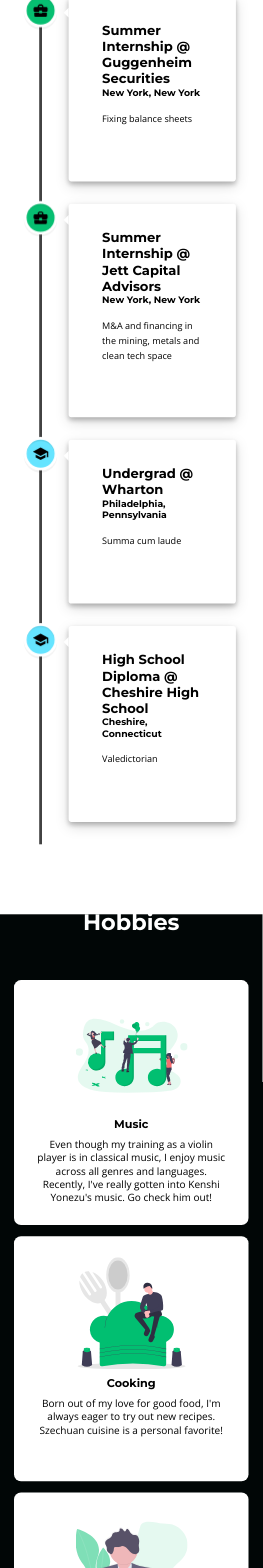
Repository: icer6683/Website
Page: /
An editor plug-in stored every save of this project. The page is shown before and after the next save, followed by the edit.
The browser window is 375 px wide. The pictures show the part of the page from y = 3173 to 5413 px (the page is 6649 px tall before and 6623 px after), at 70% of full size.
The project was rebuilt for these pictures with package versions that can differ from the ones it lists, and the page was loaded fresh each time. Also part of the build but not shown: src/Components/ContactMe/ContactMeElements.js, src/Components/ContactMe/index.js, src/Pages/contactme.js. Imported but missing from the stored project, and not drawn on this page: src/Video/video.mp4.

Above is the page before, as saved 2025-01-25 00:02:57.

After the next save:
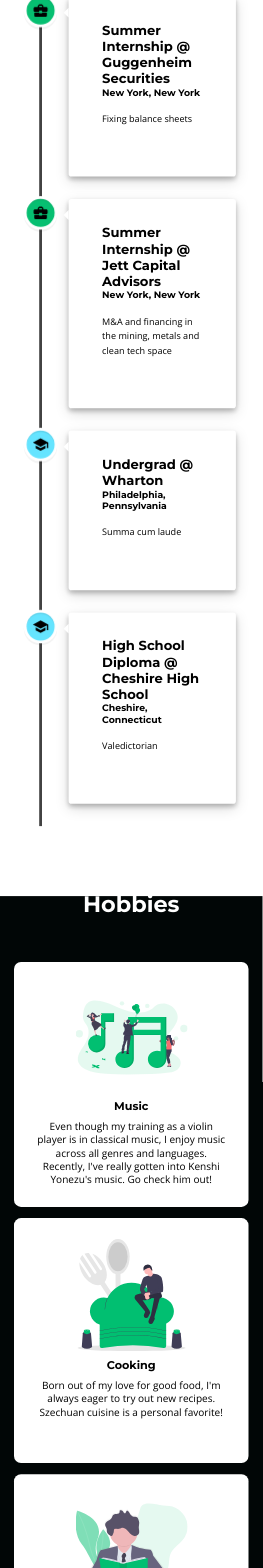
Saved 31 s later.
--- a/src/Components/Timeline/Timeline.css
+++ b/src/Components/Timeline/Timeline.css
@@ -1,9 +1,10 @@
-#experiences{
+#experiences {
     padding-left: 30px;
     padding-right: 30px;
     padding-bottom: 100px;
 }
-.topline{
+
+.topline {
     color: #01bf71;
     font-size: 16px;
     line-height: 16px;
@@ -14,7 +15,8 @@
     text-align: center;
     padding: 45px 0 0 0;
 }
-.title{
+
+.title {
     text-align: center;
     margin-bottom: 24px;
     font-size: 48px;
@@ -22,22 +24,22 @@
     font-weight: 700;
     color: #010606;
 
-    @media screen and (max-width: 480px){
+    @media screen and (max-width: 480px) {
         font-size: 32px;
     }
 }
 
-h3{
+h3 {
     padding-top: 0.25em;
 }
 
 .vertical-timeline-element-content {
     padding: 2rem 3em !important;
     box-shadow: 0 0.25em 0.5em 0 rgba(0, 0, 0, 0.25),
-    0 0.4em 1.25em 0 rgba(0, 0, 0, 0.15) !important;
+        0 0.4em 1.25em 0 rgba(0, 0, 0, 0.15) !important;
 }
 
-.vertical-timeline-element{
+.vertical-timeline-element {
     color: black;
 }
 
@@ -47,11 +49,11 @@ h3{
 }
 
 #description {
-    margin: 1.5em 0 2em 0;
+    margin: 1.5em 0 0em 0;
     font-family: 'Open Sans', sans-serif;
 }
 
-.buttonTime{
+.buttonTime {
     max-width: 195px;
     border-radius: 5px;
     padding: 0.5em 1em;
@@ -61,32 +63,32 @@ h3{
     text-decoration: none;
 }
 
-.workButton{
+.workButton {
     background: #06bf71;
 }
 
-.workButton:hover{
-    background:white;
+.workButton:hover {
+    background: white;
 }
 
-.schoolButton{
+.schoolButton {
     background: #65E4FF;
 }
 
-.schoolButton:hover{
-    background:white;
+.schoolButton:hover {
+    background: white;
 }
 
 .custom-line::before {
     background: #424242;
-  }
+}
 
 
 @media only screen and (max-width: 1700px) {
     .vertical-timeline-element-date {
-      display: block !important;
-      float: none !important;
-      color: rgb(44, 44, 44);
-      margin-top: 1.5em;
+        display: block !important;
+        float: none !important;
+        color: rgb(44, 44, 44);
+        margin-top: 1.5em;
     }
-  }
+}
